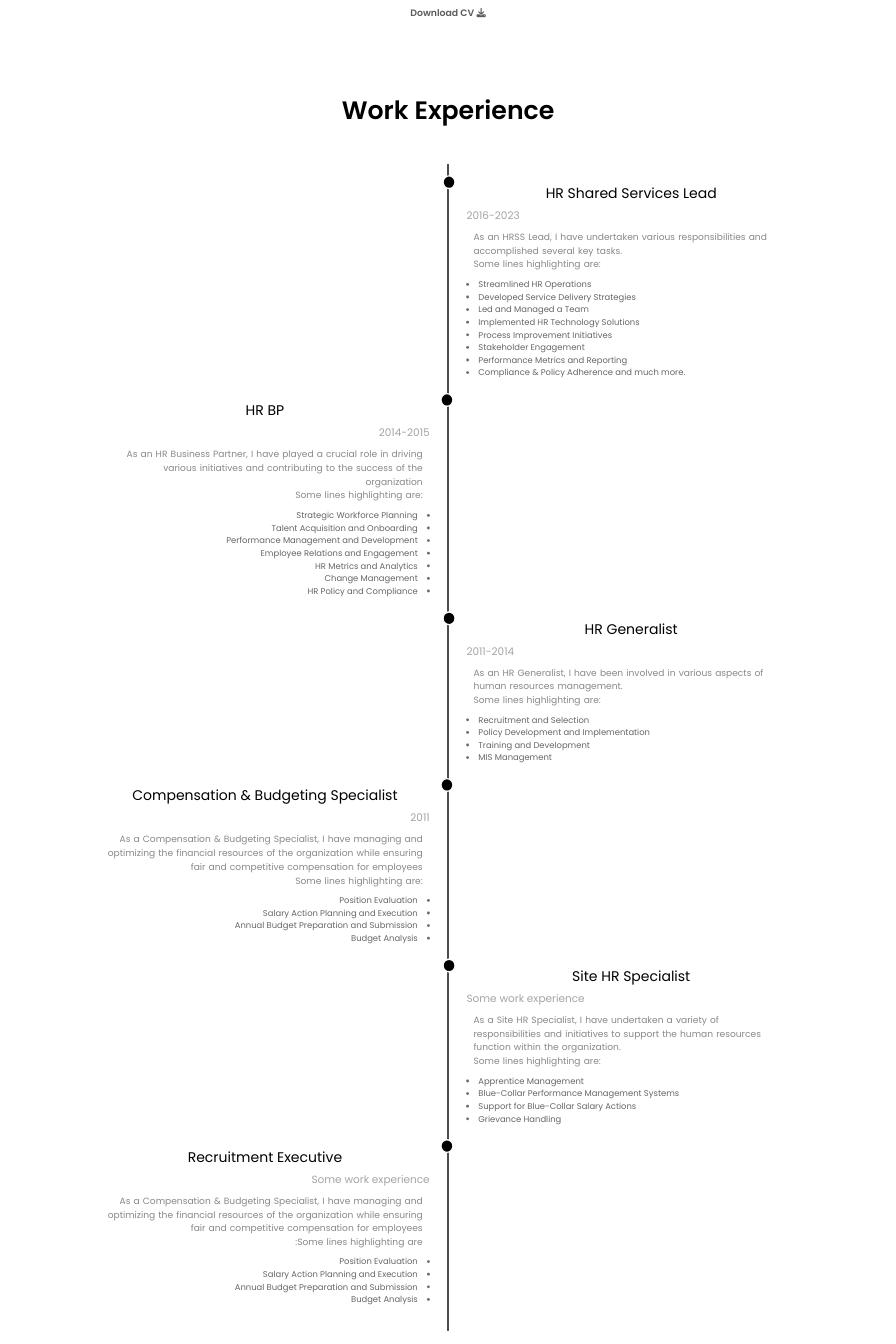
Repository: xoshiraghavx/Niharika-portfolio
Page: index.html
These files come from the project's save history. The page is drawn as it stood at one moment and after the next save; the edit follows.
The browser window is 1280 px wide. The pictures show the part of the page from y = 1276 to 3196 px (the page is 3920 px tall before and 3901 px after), at 70% of full size.
Some web libraries are served in a nearby version.

Above is the page before, as saved 2023-06-16 11:08:24.

After the next save:
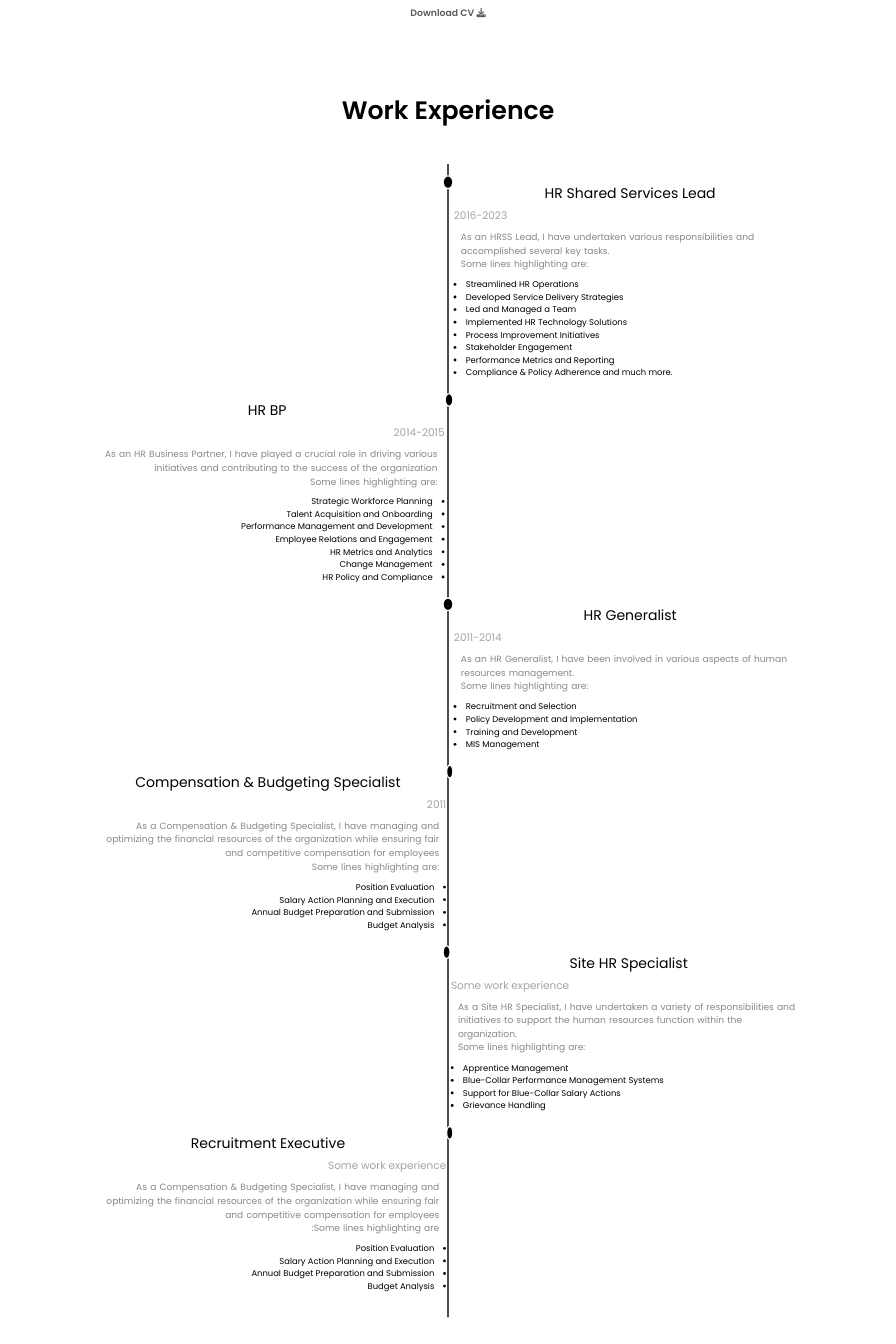
Saved 7 s later.
--- a/css/index.css
+++ b/css/index.css
@@ -249,11 +249,11 @@
     z-index: 1
  }
 
- .timeline-content {
+ /* .timeline-content {
     width: 95%;
     padding: 0 15px;
     color: #666
- }
+ } */
 
  .timeline-content h3 {
     margin-bottom: 5px;

After the save that followed:
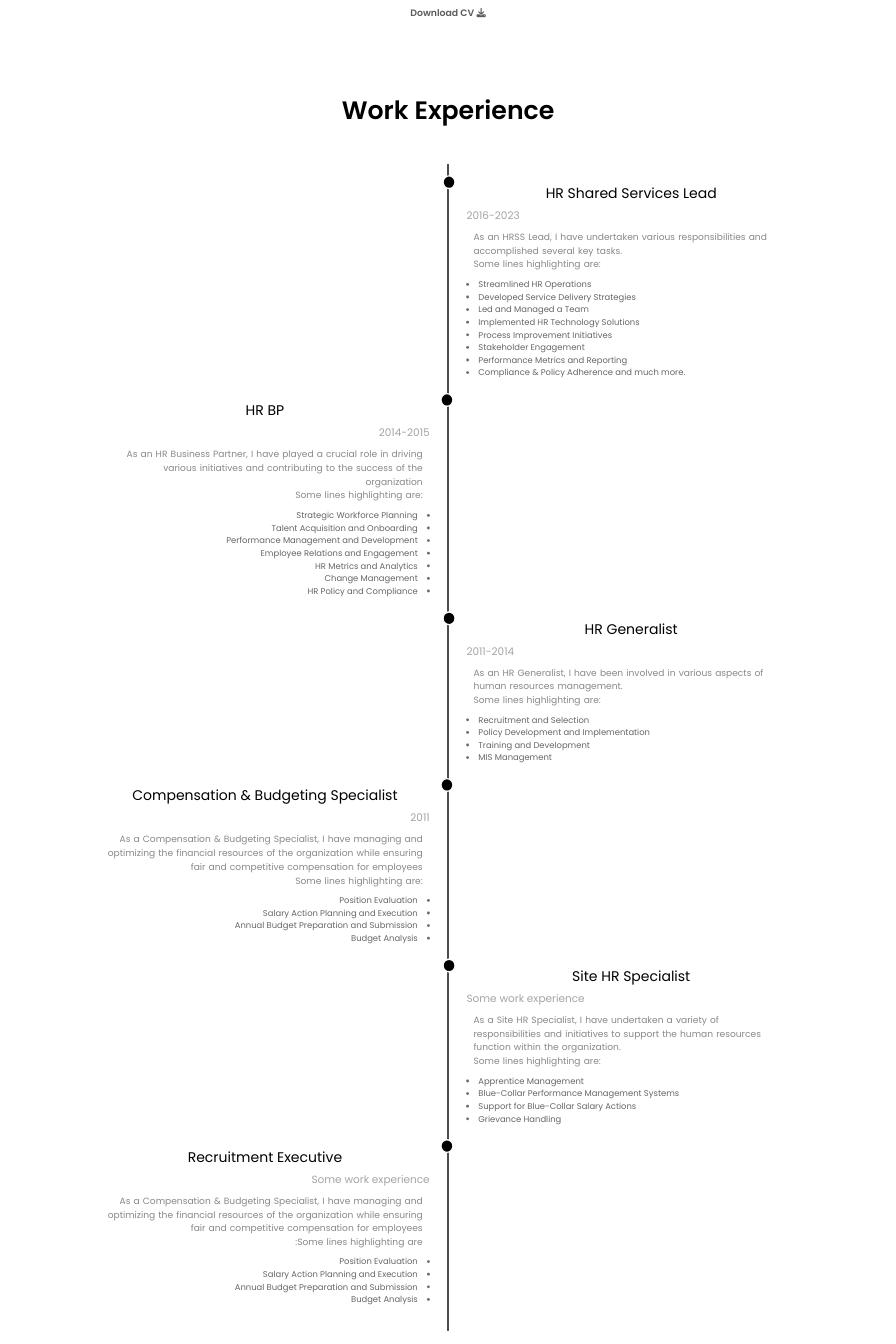
Saved 6 s later.
--- a/css/index.css
+++ b/css/index.css
@@ -249,11 +249,11 @@
     z-index: 1
  }
 
- /* .timeline-content {
+ .timeline-content {
     width: 95%;
     padding: 0 15px;
     color: #666
- } */
+ }
 
  .timeline-content h3 {
     margin-bottom: 5px;
